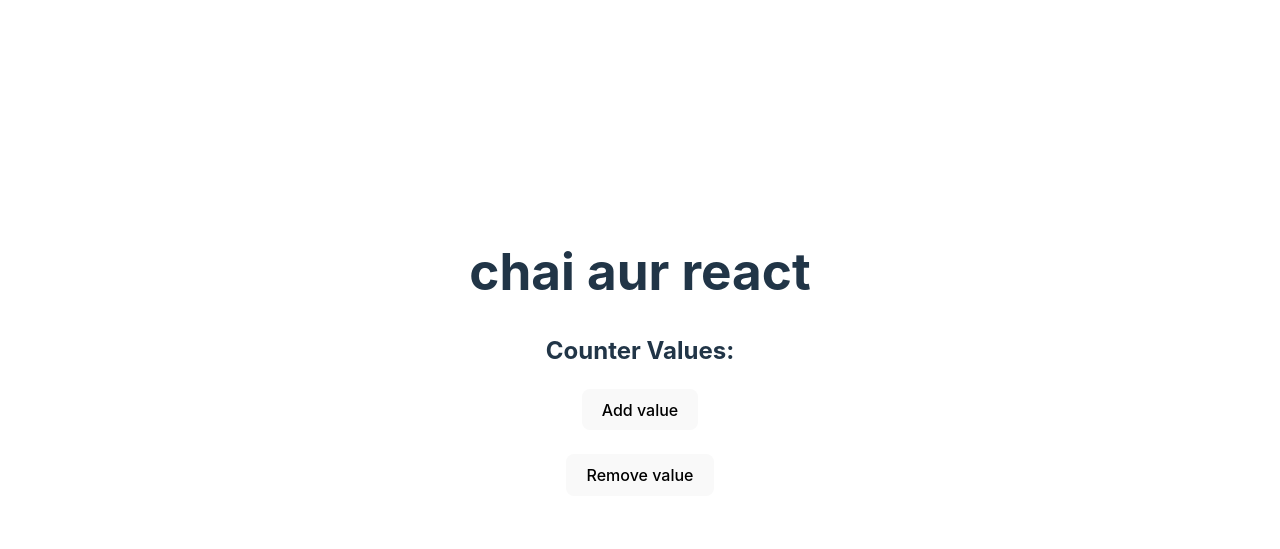
Repository: VishwaGoswami1407/React
Page: / (app in 02Counter/)
An editor plug-in stored every save of this project. The page is shown before and after the next save, followed by the edit.
The browser window is 1280 px wide. The pictures show the whole page.
The project was rebuilt for these pictures with package versions that can differ from the ones it lists, and the page was loaded fresh each time. Also part of the build but not shown: 02Counter/vite.config.js.

Above is the page before, as saved 2024-10-25 23:32:01.

After the next save:
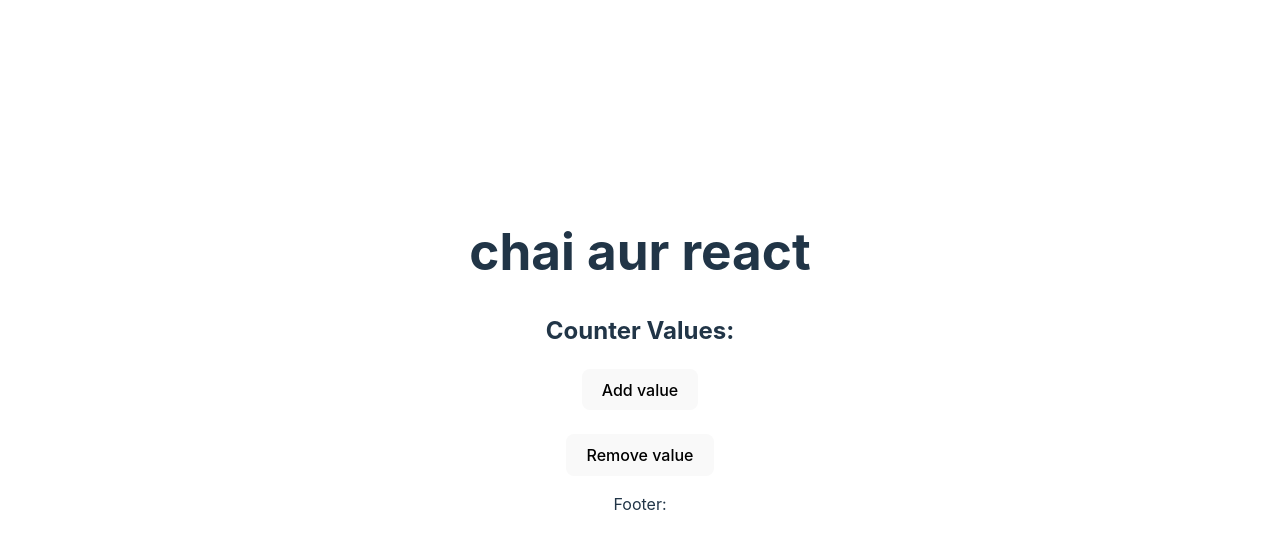
Saved 4 s later.
--- a/02Counter/src/App.jsx
+++ b/02Counter/src/App.jsx
@@ -22,7 +22,7 @@
       <br />
       <br />
       <button onClick={removeValue}>Remove value{counter}</button>
-      <p></p>
+      <p>Footer: </p>
    </>
   )
 }
